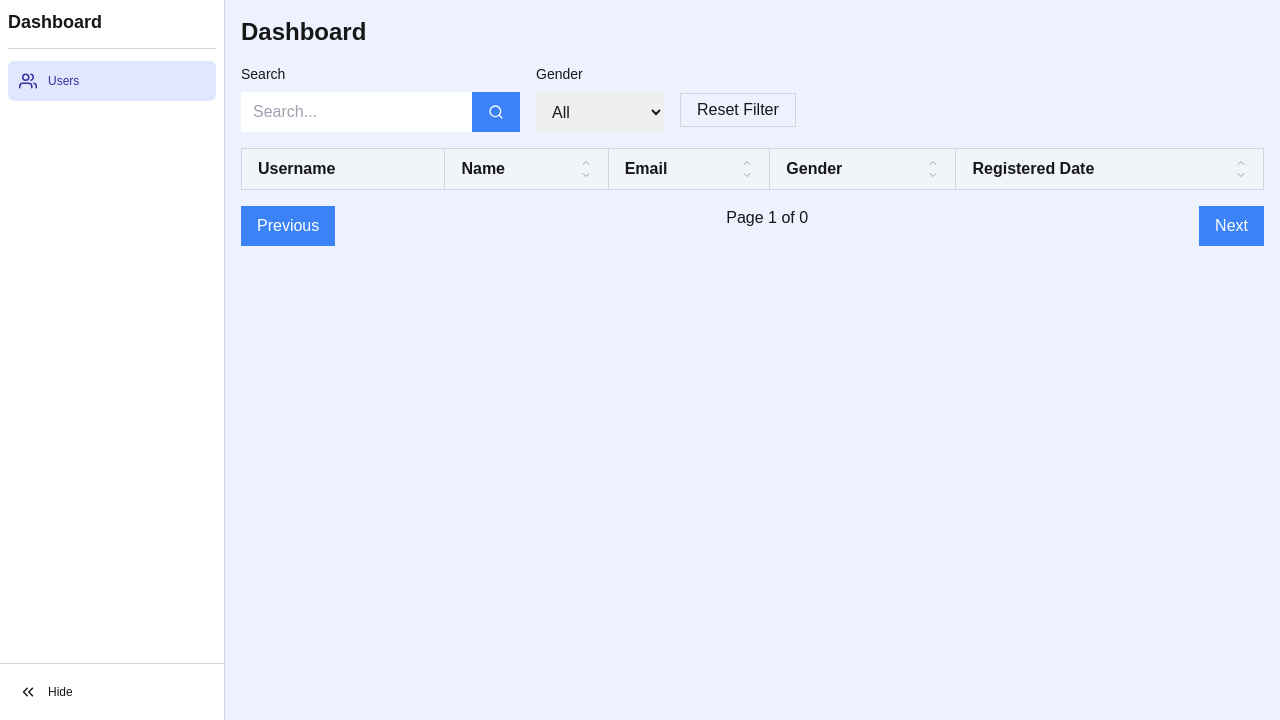
Repository: Ademaulana100499/userdashboard
Page: /
The author's editor kept a copy of each file at every save. The page is drawn from the files as they stood at one save, then again after the next save.
The browser window is 1280 px wide. The pictures show the whole page.
The page's requests for data from a server got no answer. The project was rebuilt for these pictures with package versions that can differ from the ones it lists, and the page was loaded fresh each time. The framework's server and built-in components were replaced by stand-ins that run in the browser. No one was signed in, and anything a server would have sent is missing. Also part of the build but not shown: next.config.mjs.

Above is the page before, as saved 2025-02-14 22:13:34.

After the next save:
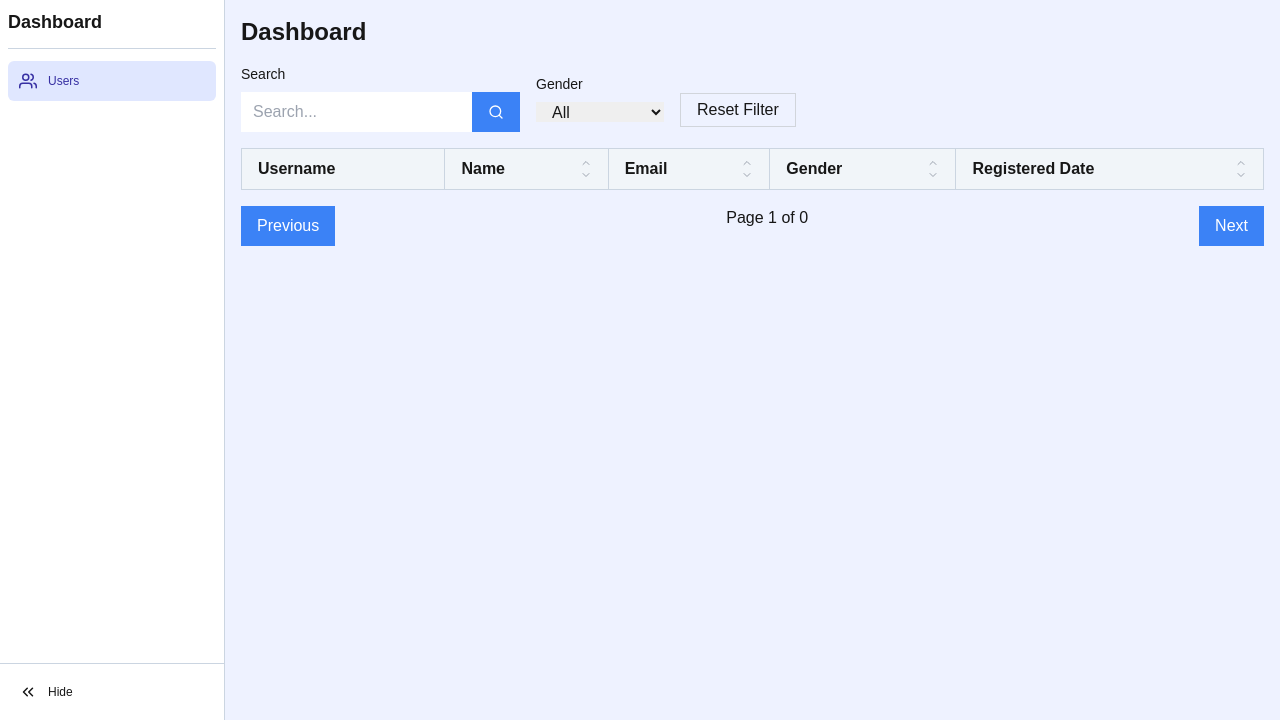
Saved 9 s later.
--- a/src/components/DashboardContent.jsx
+++ b/src/components/DashboardContent.jsx
@@ -134,7 +134,7 @@ const DashboardContent = () => {
             id="gender"
             value={selectedGender}
             onChange={(e) => handleGenderFilter(e.target.value)} // Update gender filter
-            className="w-32 px-3 h-10 text-left">
+            className="w-32 px-3 h-5 text-left">
             <option value="all">All</option>
             <option value="male">Male</option>
             <option value="female">Female</option>
